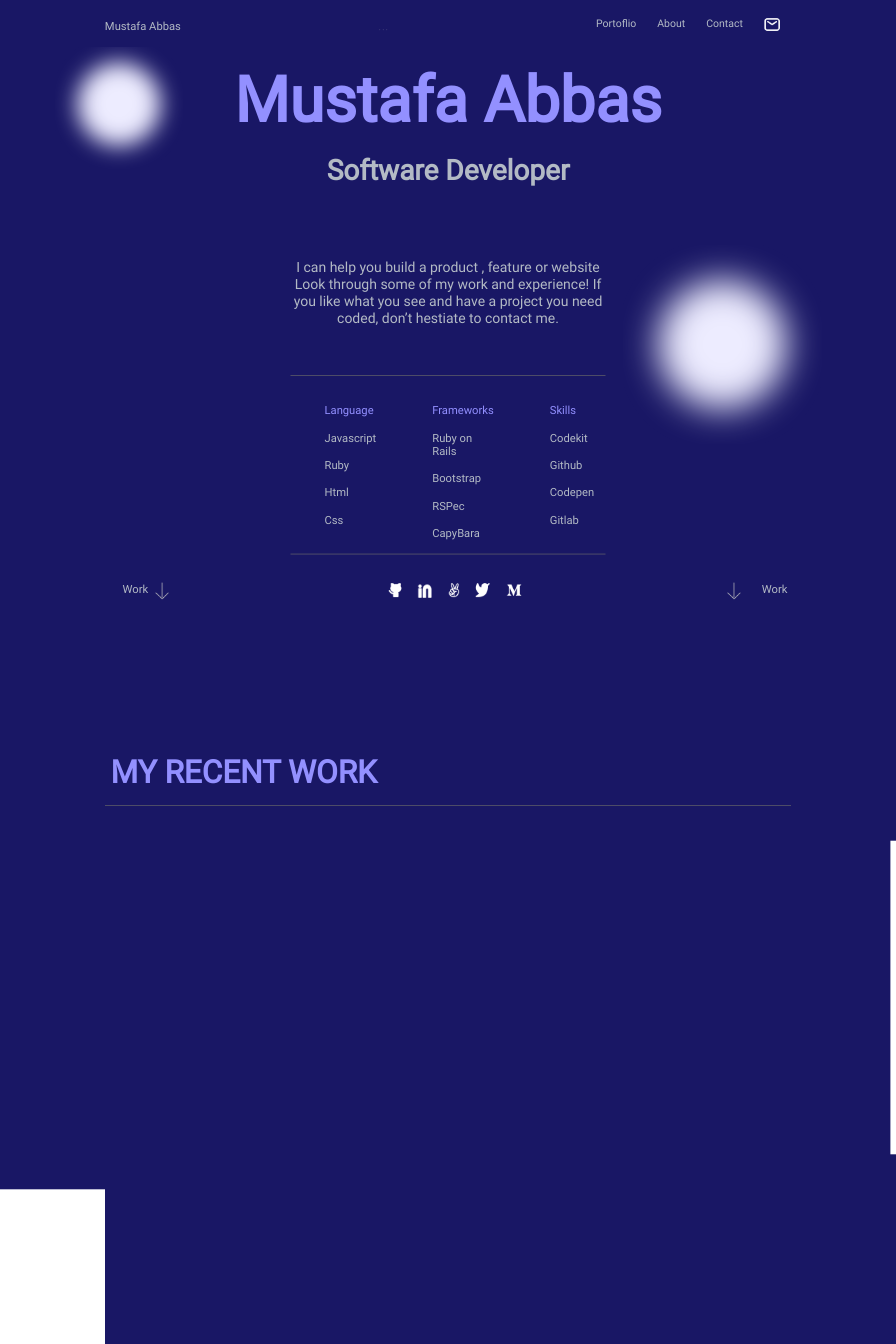
Repository: mustabbas/Portfolio
Page: index.html
The author's editor kept a copy of each file at every save. The page is drawn from the files as they stood at one save, then again after the next save.
The browser window is 1280 px wide. The pictures show the part of the page from y = 0 to 1920 px (the page is 4728 px tall before and 4787 px after), at 70% of full size.

Above is the page before, as saved 2021-08-30 18:56:09.

### index.html
<!DOCTYPE html>
<html lang="en">
  <head>
    <meta charset="UTF-8" />
    <meta name="viewport" content="width=device-width, initial-scale=1.0" />
    <meta http-equiv="X-UA-Compatible" content="ie=edge" />
    <link rel="stylesheet" href="style.css" />
    <title>Mustafa's Portfolio</title>
    <!-- Global site tag (gtag.js) - Google Analytics -->
    <script async src="https://www.googletagmanager.com/gtag/js?id=G-TS9HX0J7DB"></script>
    <script>
      window.dataLayer = window.dataLayer || [];
      function gtag() {
        dataLayer.push(arguments);
      }
      gtag("js", new Date());

      gtag("config", "G-TS9HX0J7DB");
    </script>
  </head>
  <body>
    <section class="container">
      <header class="header">
        <a href="#">Mustafa Abbas</a>
        <nav id="humberger" class="humberger">
          <img src="./assets/img/humberger.png" alt="hamburger" />
          <img src="./assets/img/humberger.png" alt="hamburger" />
          <img src="./assets/img/humberger.png" alt="hamburger" />
        </nav>
        <ul class="main-nav">
          <li><a href="#">Portoflio</a></li>
          <li><a href="#">About</a></li>
          <li><a href="#">Contact</a></li>
          <li>
            <a href="#"><img class="email-pic" src="./assets/img/Icon-Mail.png" alt="email" /></a>
          </li>
        </ul>
      </header>
      <div class="head-wraper">
        <div class="title-wraper">
          <h1>Mustafa Abbas</h1>
          <h2>Software Developer</h2>
        </div>
      </div>
      <div class="wrap-content">
        <div class="box"><p>I can help you build a product , feature or website Look through some of my work and experience! If you like what you see and have a project you need coded, don’t hestiate to contact me.</p></div>
        <div class="line"></div>
        <div class="skills">
          <ul>
            <li>Language</li>
            <li>Javascript</li>
            <li>Ruby</li>
            <li>Html</li>
            <li>Css</li>
          </ul>
          <ul>
            <li>Frameworks</li>
            <li>Ruby on Rails</li>
            <li>Bootstrap</li>
            <li>RSPec</li>
            <li>CapyBara</li>
          </ul>
          <ul>
            <li>Skills</li>
            <li>Codekit</li>
            <li>Github</li>
            <li>Codepen</li>
            <li>Gitlab</li>
          </ul>
        </div>
        <div class="line"></div>
      </div>
    </section>
    <div class="footer-nav ml justify-space">
      <div class="work-container work-reverse">
        <div class="arrow-container arrow-reverse">
          <img src="./assets/img/Vector-line-arrow.png" alt="Vector-line-arrow" />
          <img src="./assets/img/Vector-arrow.png" alt="Vector-arrow" />
        </div>
        <span>Work</span>
      </div>
      <div class="vector-container">
        <ul>
          <li><img src="./assets/img/Vector-github.png" alt="Vector-github" /></li>
          <li>
            <div class="linked-container">
              <div>
                <img src="./assets/img/Vector-dot-linkedin.png" alt="Vector-dot-linkedin" />
                <img src="./assets/img/Vector-line-linkedin.png" alt="Vector-line-linkedin" />
              </div>
              <img id="vector2" src="./assets/img/Vector-n-linkedin.png" alt="Vector-n-linkedin" />
            </div>
          </li>
          <li><img src="./assets/img/Vector.png" alt="Vecto-angellist" /></li>
          <li><img src="./assets/img/Vector-twitter.png" alt="Vector-twitter" /></li>
          <li><img src="./assets/img/Vector-M.png" alt="Vector-medium" /></li>
        </ul>
      </div>
      <div class="work-container">
        <div class="arrow-container">
          <img src="./assets/img/Vector-line-arrow.png" alt="Vector-line-arrow" />
          <img src="./assets/img/Vector-arrow.png" alt="Vector-arrow" />
        </div>
        <span>Work</span>
      </div>
    </div>

    <section class="recent-work">
      <h3>My recent work</h3>
      <div class="line"></div>
      <div class="card card-left">
        <img src="./assets/img/Placeholder.png" alt="recent-work" />
        <div class="card-body">
          <h4>Multi-Post Stories</h4>
          <p>A daily selection of privately personalized reads; no accounts or sign-ups required. has been the industry's standard dummy text ever since the 1500s, when an unknown printer took a standard dummy text.</p>
          <ul>
            <li>css</li>
            <li class="vertical-line"></li>
            <li>html</li>
            <li class="vertical-line"></li>
            <li>bootstrap</li>
            <li class="vertical-line"></li>
            <li>Ruby</li>
          </ul>
          <button type="button" class="button">See Project</button>
        </div>
      </div>
      <div class="card card-reverse">
        <img src="./assets/img/Placeholder.png" alt="recent-work" />
        <div class="card-body">
          <h4>Multi-Post Stories</h4>
          <p>A daily selection of privately personalized reads; no accounts or sign-ups required. has been the industry's standard dummy text ever since the 1500s, when an unknown printer took a standard dummy text.</p>
          <ul>
            <li>css</li>
            <li class="vertical-line"></li>
            <li>html</li>
            <li class="vertical-line"></li>
            <li>bootstrap</li>
            <li class="vertical-line"></li>
            <li>Ruby</li>
          </ul>
          <button type="button" class="button">See Project</button>
        </div>
      </div>
      <div class="card card-left">
        <img src="./assets/img/Placeholder.png" alt="recent-work" />
        <div class="card-body">
          <h4>Multi-Post Stories</h4>
          <p>A daily selection of privately personalized reads; no accounts or sign-ups required. has been the industry's standard dummy text ever since the 1500s, when an unknown printer took a standard dummy text.</p>
          <ul>
            <li>css</li>
            <li class="vertical-line"></li>
            <li>html</li>
            <li class="vertical-line"></li>
            <li>bootstrap</li>
            <li class="vertical-line"></li>
            <li>Ruby</li>
          </ul>
          <button type="button" class="button">See Project</button>
        </div>
      </div>
      <div class="card card-reverse">
        <img src="./assets/img/Placeholder.png" alt="recent-work" />
        <div class="card-body">
          <h4>Multi-Post Stories</h4>
          <p>A daily selection of privately personalized reads; no accounts or sign-ups required. has been the industry's standard dummy text ever since the 1500s, when an unknown printer took a standard dummy text.</p>
          <ul>
            <li>css</li>
            <li class="vertical-line"></li>
            <li>html</li>
            <li class="vertical-line"></li>
            <li>bootstrap</li>
            <li class="vertical-line"></li>
            <li>Ruby</li>
          </ul>
          <button type="button" class="button">See Project</button>
        </div>
      </div>
      <div class="card card-reverse">
        <img src="./assets/img/Placeholder.png" alt="recent-work" />
        <div class="card-body">
          <h4>Multi-Post Stories</h4>
          <p>A daily selection of privately personalized reads; no accounts or sign-ups required. has been the industry's standard dummy text ever since the 1500s, when an unknown printer took a standard dummy text.</p>
          <ul>
            <li>css</li>
            <li class="vertical-line"></li>
            <li>html</li>
            <li class="vertical-line"></li>
            <li>bootstrap</li>
            <li class="vertical-line"></li>
            <li>Ruby</li>
          </ul>
          <button type="button" class="button">See Project</button>
        </div>
      </div>
    </section>

    <div class="card-container">
      <div class="card">
        <div class="card-body center-text margin">
          <h3 class="h3-sm">CONTACT US</h3>
          <h3 class="h3-l">Let’s chat!</h3>
          <p id="contact-p">If you have an application you are interested in developing, a feature that you need built or a project that needs coding. I’d love to help with it</p>
          <form method="POST" action="https://formspree.io/f/xdoypzrq" id="aboutmeForm">
            <input type="text" name="name" placeholder="Text Input" maxlength="30" required />
            <input type="email" name="email" placeholder="jeremy@gmail.com" required />
        <h3 class="h3-sm">CONTACT US</h3>
        <h3 class="h3-l">Let’s chat!</h3>
        <p id="contact-p">If you have an application you are interested in developing, a feature that you need built or a project that needs coding. I’d love to help with it </p>
        <form method="POST" action="https://formspree.io/f/xdoypzrq" id="aboutmeForm">
            <input type="text" name="name" placeholder="Text Input" maxlength="30" required/>
            <input type="email" name="email" placeholder="jeremy@gmail.com" required/>
            <textarea name="description" rows="15" cols="48" placeholder="Enter text here" maxlength="500" required></textarea>
            <button type="submit" form="aboutmeForm" class="button btn">See Project</button>
          </form>
        </div>
        <footer class="footer-nav justify-center">
          <div class="vector-container">
            <ul>
              <li><img src="./assets/img/Vector-github.png" alt="Vector-github" /></li>
              <li>
                <div class="linked-container">
                  <div>
                    <img src="./assets/img/Vector-dot-linkedin.png" alt="Vector-dot-linkedin" />
                    <img src="./assets/img/Vector-line-linkedin.png" alt="Vector-line-linkedin" />
                  </div>
                  <img src="./assets/img/Vector-n-linkedin.png" alt="Vector-n-linkedin" />
                </div>
              </li>
              <li><img src="./assets/img/Vector.png" alt="Vector-angellist" /></li>
              <li><img src="./assets/img/Vector-twitter.png" alt="Vector-twitter" /></li>
              <li><img src="./assets/img/Vector-M.png" alt="Vector-medium" /></li>
            </ul>
          </div>
          <span>emailhere@email.com</span>
        </footer>
      </div>
    </div>
    <script type='text/javascript' src='./assets/script.js'></script>
  </body>
</html>

### style.css
@font-face {
  font-family: 'roboto';
  src: url(assets/font/Roboto/Roboto-Regular.ttf);
}

body {
  background-color: #191765;
  font-family: 'roboto', sans-serif;
}

ul {
  margin: 0;
  padding: 0;
  list-style: none;
}

h1 {
  color: #9390ff;
}

p,
h2,
td,
li,
a,
span {
  color: #b3bac5;
}

.container {
  display: flex;
  flex-direction: column;
  justify-content: center;
}

.header {
  display: flex;
  justify-content: space-around;
  align-items: center;
}

.header a {
  text-decoration: none;
}

.header h2 {
  font-size: 18px;
  line-height: 20px;
}

.main-nav {
  display: flex;
}

.main-nav a {
  display: block;
  padding: 1em;
  text-decoration: none;
  font-size: 15px;
  line-height: 20px;
}

.head-wraper {
  display: flex;
  justify-content: center;
  align-items: center;
  background-image: url("./assets/img/circle1header.svg");
  background-repeat: no-repeat;
}

.title-wraper {
  flex-direction: column;
  justify-content: center;
}

.box {
  min-width: 450px;
  margin: 50px;
}

.box p {
  font-size: 20px;
  font-weight: 300;
  text-align: center;
  color: #b3bac5;
  max-width: 450px;
}

.wrap-content {
  background-image: url("./assets/img/circle1header.svg");
  background-repeat: no-repeat;
}

.skills {
  display: flex;
  justify-content: space-between;
}

.skills ul {
  width: 40%;
  margin-top: 20px;
  margin-left: 40px;
}

.skills li {
  margin: 20px;
}

.skills ul li:first-child {
  color: #9390ff;
}

.email-pic {
  color: #b3bac5;
}

.footer-nav {
  display: flex;
  align-items: center;
  margin-top: 40px;
}

.work-container {
  display: flex;
  justify-content: space-around;
}

.work-reverse {
  flex-direction: row-reverse;
}

.arrow-reverse {
  margin-left: 10px;
}

.vector-container {
  width: 200px;
}

.vector-container ul {
  display: flex;
  justify-content: space-between;
  align-items: center;
}

.vector-container img {
  margin-left: 10px;
}

.arrow-container {
  display: flex;
  flex-direction: column;
  align-items: flex-start;
  margin-right: 10px;
}

.arrow-container img:first-child {
  margin-left: 9px;
}

.arrow-container img:last-child {
  margin-top: -8px;
}

.linked-container {
  display: flex;
}

.linked-container div {
  display: flex;
  flex-direction: column;
}

#vector2 {
  margin-left: auto;
}

.recent-work h3 {
  font-size: 45px;
  color: #9390ff;
  margin: 20px;
  text-transform: uppercase;
  margin-left: 150px;
}

.recent-work {
  margin-top: 200px;
  display: grid;
  grid-template-columns: auto;
  grid-template-rows: auto;
  justify-content: center;
}

.card {
  display: flex;
  margin-left: 142px;
  margin-top: 50px;
}

.card-container {
  display: grid;
  grid-template-columns: auto;
  grid-template-rows: auto;
  justify-content: center;
}

.card-container .card-body {
  width: auto;
}

.card-container .card {
  flex-direction: column;
}

.card-body h4 {
  font-size: 40px;
  color: #fff;
}

.card-body p {
  font-size: 20px;
  line-height: 28px;
  text-align: left;
  animation-name: card-p;
  animation-duration: 3s;
  animation-timing-function: linear;
  animation-direction: alternate;
}

@keyframes card-p {
  from {
    font-size: 10px;
    line-height: 10px;
  }

  to {
    font-size: 20px;
    line-height: 28px;
  }
}

.card-body ul {
  display: flex;
  justify-content: space-around;
  font-size: 15px;
  text-align: left;
}

.center-text {
  text-align: center;
}

#contact-p {
  font-size: 16px;
  line-height: 24px;
  text-align: center;
}

.vertical-line {
  height: 50px;
  border-right: 3px solid #646369;
}

.button {
  background-color: #7d73fc;
  width: 100px;
  height: 60px;
  color: #fff;
  font-size: 15px;
  margin-top: 20px;
}

.button:hover {
  box-shadow: 0 8px 16px rgba(125, 115, 252, 0.48);
}

.button:enabled {
  background-color: #7d73fc;
}

.button:focus {
  background-color: #5e42d7;
}

.button:disabled {
  background-color: #2a2b33;
}

input {
  width: 100%;
  height: 60px;
  padding: 12px 20px;
  margin: 8px 0;
  display: inline-block;
  border: 1px solid #ccc;
  border-radius: 4px;
  box-sizing: border-box;
  margin-bottom: 30px;
}

textarea {
  width: 100%;
}

textarea::placeholder {
  font-size: 20px;
  padding: 20px;
}

.btn {
  margin-top: 30px;
}

/* Desktop view */
@media (min-width: 768px) {
  .card {
    height: 448px;
  }

  .card-left {
    animation-name: leftcard;
    animation-duration: 3s;
    animation-timing-function: linear;
    animation-direction: alternate;
  }

  @keyframes leftcard {
    0% { margin-left: 100%; }
    25% { margin-left: 75%; }
    50% { margin-left: 50%; }
    75% { margin-left: 25%; }
    100% { margin-left: 142px; }
  }

  .card-body {
    margin-left: 24px;
    width: 40%;
  }

  .line {
    min-width: 450px;
    border-bottom: 1px solid #646369;
    margin-left: 142px;
    margin-right: 142px;
  }

  .card-reverse {
    flex-direction: row-reverse;
    animation-name: reversecard;
    animation-duration: 3s;
    animation-timing-function: linear;
    animation-direction: alternate;
    margin-right: 142px;
  }

  @keyframes reversecard {
    from {
      margin-right: 100%;
    }

    to {
      margin-right: 142px;
    }
  }

  .card-reverse img {
    margin-left: 20px;
  }

  .head-wraper {
    background-position: 70px -10px;
    background-size: 184px 184px;
  }

  .title-wraper h1 {
    font-size: 90px;
    line-height: 105px;
    font-weight: bold;
    margin: 24px 0;
    text-align: center;
  }

  .title-wraper h2 {
    font-size: 40px;
    line-height: 47px;
    margin-top: 0;
    text-align: center;
  }

  .wrap-content {
    display: flex;
    flex-direction: column;
    justify-content: center;
    align-items: center;
    background-position: 90% 50px;
  }

  .justify-space {
    justify-content: space-around;
  }

  .justify-center {
    justify-content: center;
  }

  .footer-nav span {
    margin-left: 20px;
  }

  .h3-l {
    font-size: 40px;
    line-height: 24px;
    color: #9390ff;
    margin: 20px;
  }

  .h3-sm {
    display: none;
  }

  .margin {
    margin-left: 200px;
    margin-right: 300px;
  }
}

/* mobile view */
@media (max-width: 768px) {
  .container {
    align-items: center;
    width: 500px;
  }

  .header {
    width: 500px;
    justify-content: space-between;
  }

  .main-nav {
    /* display: none; */
    flex-direction: column;
  }



  .head-wraper {
    width: 500px;
    background-position: -160px -50px;
  }

  .head-wraper img {
    margin-left: -200px;
  }

  .right {
    margin-right: -100px;
  }

  .container img {
    margin-right: -500px;
  }

  .box {
    width: 33.333%;
  }

  .skills {
    flex-wrap: wrap;
    width: 500px;
    background-position: 400px 10px;
  }

  .humberger {
    display: flex;
    flex-direction: column;
    justify-content: space-between;
  }

  .humberger img {
    width: 33.33px;
    height: 3px;
    margin: 5px;
    background-color: #b3bac5;
  }

  .footer-nav {
    width: auto;
    flex-direction: column;
  }

  .footer-nav span {
    margin-top: 10px;
  }

  .ml {
    margin-left: 100px;
  }

  .upper {
    display: none !important;
  }

  .work-container {
    display: flex;
    margin-top: 30px;
  }

  .card {
    flex-direction: column;
    width: 400px;
  }

  .line {
    min-width: 450px;
    width: 33.333%;
    border-bottom: 1px solid #646369;
  }

  .wrap-content {
    background-position: 450px 150px;
  }

  .work-reverse {
    display: none;
  }

  .h3-sm {
    font-size: 32px;
    line-height: 44px;
    color: #9390ff;
    margin: 20px;
    text-transform: uppercase;
  }

  .h3-l {
    display: none;
  }
}

### assets/script.js

let humberger = document.getElementById('humberger');
humberger.addEventListener("click", function() {
    console.log('here www');
  });

After the next save:
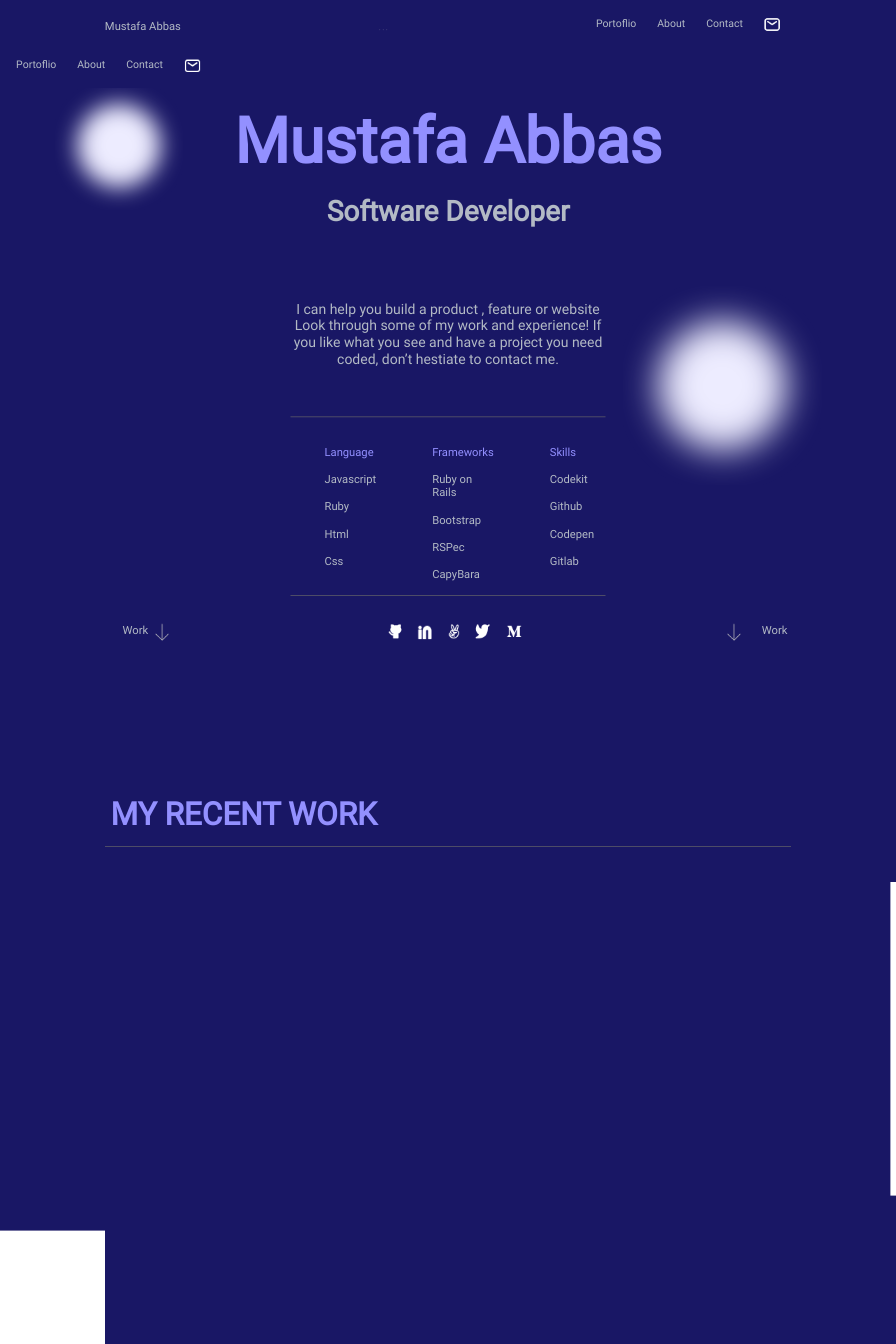
Saved 95 s later.
--- a/index.html
+++ b/index.html
@@ -36,6 +36,14 @@
           </li>
         </ul>
       </header>
+      <ul class="main-nav">
+        <li><a href="#">Portoflio</a></li>
+        <li><a href="#">About</a></li>
+        <li><a href="#">Contact</a></li>
+        <li>
+          <a href="#"><img class="email-pic" src="./assets/img/Icon-Mail.png" alt="email" /></a>
+        </li>
+      </ul>
       <div class="head-wraper">
         <div class="title-wraper">
           <h1>Mustafa Abbas</h1>
